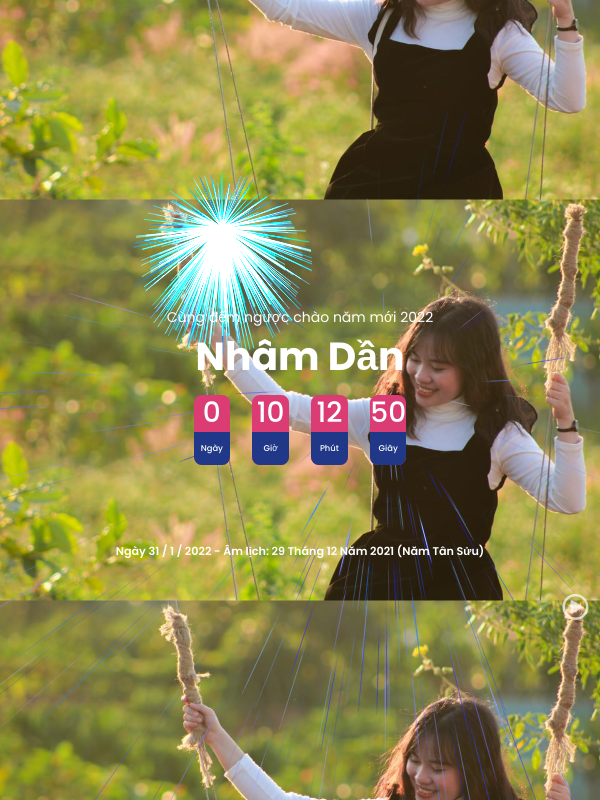
Repository: nguyenban1903/nguyenban1903.github.io
Page: huonggiangcountdown/index.html
The author's editor kept a copy of each file at every save. The page is drawn from the files as they stood at one save, then again after the next save.
The browser window is 600 px wide. The pictures show the whole page.
Some web libraries are served in a nearby version.

Above is the page before, as saved 2022-01-31 17:11:29.

### huonggiangcountdown/index.html
<!DOCTYPE html>
<html lang="en">
  <head>
    <meta charset="UTF-8" />
    <meta http-equiv="X-UA-Compatible" content="IE=edge" />
    <meta name="viewport" content="width=device-width, initial-scale=1.0" />
    <title>Happy New Year - Lunar New Year Vietnamese</title>
    <link rel="shortcut icon" href="./assets/icon/dobee.ico" type="image/x-icon">
    <link rel="icon" href="./assets/icon/dobee.ico" type="image/x-icon">
    <link rel="preconnect" href="https://fonts.googleapis.com" />
    <link rel="preconnect" href="https://fonts.gstatic.com" crossorigin />
    <link
      href="https://fonts.googleapis.com/css2?family=Poppins:wght@300;400;500;600;700;800;900&display=swap"
      rel="stylesheet"
    />
    <link rel="stylesheet" href="https://pro.fontawesome.com/releases/v5.10.0/css/all.css" integrity="sha384-AYmEC3Yw5cVb3ZcuHtOA93w35dYTsvhLPVnYs9eStHfGJvOvKxVfELGroGkvsg+p" crossorigin="anonymous"/>
    <link rel="stylesheet" href="./assets/css/style.css" />
  </head>
  <body>
    <div class="content-wrapper">
      <p class="header">
        Cùng đếm ngược chào năm mới <span id="newyear-positive">0000</span>
      </p>
      <h1 class="newyear">---</h1>
      <div class="time">
        <div class="time-box">
          <div class="time-box__count">
            <span id="days">0</span>
          </div>
          <div class="time-box__text">Ngày</div>
        </div>
        <div class="time-box">
          <div class="time-box__count">
            <span id="hours">0</span>
          </div>
          <div class="time-box__text">Giờ</div>
        </div>
        <div class="time-box">
          <div class="time-box__count">
            <span id="minutes">0</span>
          </div>
          <div class="time-box__text">Phút</div>
        </div>
        <div class="time-box">
          <div class="time-box__count">
            <span id="seconds">0</span>
          </div>
          <div class="time-box__text">Giây</div>
        </div>
      </div>

      <div class="current-date">
        <span class="date-positive">----</span>
        <span class="date-lunar">---</span>
      </div>
      <div class="musics">
        <i class="far fa-play-circle play-btn"></i>
        <i class="far fa-pause-circle pause-btn hide"></i>
      </div>
    </div>
    <div
      class="firework-container"
      style="background-image: url('./assets/img/g5.jpg')"
    ></div>
    <script src="./assets/js/fireworks.js"></script>
    <script src="./assets/js/amlich-nbd.js"></script>
    <script src="./assets/js/app.js"></script>
  </body>
</html>

### huonggiangcountdown/assets/css/style.css
:root {
  --txt-color: #fff;
  --timer-box-bg: #db3c74;
  --timer-box-txt-bg: #203887;
}

* {
  margin: 0;
  padding: 0;
  box-sizing: border-box;
}

html {
  user-select: none;
  font-family: "Poppins", sans-serif;
}

body {
  height: 100vh;
  color: var(--txt-color);
  overflow: hidden;
}

.firework-container {
  position: fixed;
  z-index: 0;
  left: 0;
  top: 0;
  width: 100%;
  height: 100%;
  background-position: right;
  background-size: contain;
  background-repeat: repeat;
}

.content-wrapper {
  position: absolute;
  z-index: 999;
  top: 0;
  left: -80px;
  width: 100%;
  height: 100%;
  display: flex;
  flex-direction: column;
  justify-content: center;
  align-items: center;
}

.header {
  font-size: 2rem;
  font-weight: 400;
  margin-bottom: 15px;
}

.newyear {
  font-size: 5rem;
  font-weight: 700;
  line-height: 1.5;
  margin-bottom: 27px
}

.time {
  display: flex;
  justify-content: center;
  align-items: center;
}

.time > * ~ * {
  margin-left: 4rem;
}

.time-box {
  background-color: var(--timer-box-bg);
  border-radius: 8px;
}

.time-box__count {
  width: 9rem;
  height: 9rem;
  display: flex;
  flex-direction: column;
  align-items: center;
  justify-content: center;
}

.time-box__count > span {
  font-size: 5rem;
  font-weight: 500;
}

.time-box__text {
  background-color: var(--timer-box-txt-bg);
  font-size: 1.5rem;
  font-weight: 500;
  text-align: center;
  padding: 10px 0;
  border-bottom-left-radius: 8px;
  border-bottom-right-radius: 8px;
}

.current-date {
  position: absolute;
  bottom: 25px;
}

.date-positive {
  font-size: 1.3rem;
  font-weight: 400;
}

.date-lunar {
  font-size: 1.3rem;
  font-weight: 400;
}

.musics {
  position: absolute;
  bottom: 26px;
  right: 24px;
  cursor: pointer;
}
.hide {
  display: none;
}
.musics > i {
  font-size: 2.4rem;
  opacity: 0.7;
}

@keyframes rotateBtn {
  from {
    transform: rotate(0);
  }
  to {
    transform: rotate(360deg);
  }
}

@media only screen and (min-width: 701px) and (max-width: 1200px) {
  html {
    font-size: 55%;
  }
  .content-wrapper{
    left: 0;
  }
  .header {
    font-size: 3rem;
    font-weight: 400;
  }
  .newyear {
    margin-bottom: 1.5em;
    font-size: 10rem;
    font-weight: 700;
    line-height: 2;
  }
  .time{
    bottom: 8em;
  }
  .time-box{
    height:12em;
  }
  .time-box__count{
    display: flex;
    flex-direction: column;
    align-items: center;
    justify-content: center;
  }
  .current-date {
    bottom: 8em;
  }
  .date-positive {
    font-size: 1.5rem;
    font-weight: 600;
  }
  .date-lunar {
    font-size: 1.5rem;
    font-weight: 600;
  }
  .musics {
    bottom: 10em;
    right: 1em;
  }
  .musics > i {
    font-size: 3.6rem;
    opacity: 0.7;
  }
}

@media only screen and (max-width: 700px) {
  html {
    font-size: 35%;
  }
  .content-wrapper{
    left: 0;
    margin: 0;
    padding: auto;
  }
  .header {
    margin-bottom: 0;
    font-size: 2.5rem;
    text-align: center;
  }
  .newyear {
    margin-bottom: 0.2em;
    font-size: 7rem;
    font-weight: 700;
    line-height: 1.5;
    text-align: center;
  }
  .time{
    padding-bottom: 5em;
  }
  .time-box__count{
    height: 6.5em;
    width: 6.5em;
  }
  .date-positive {
    font-size: 2rem;
    font-weight: 600;
    text-align: center;
  }
  .current-date {
    /* position : absolute; */
    text-align: center;
    font-size: 1.7em;
    bottom: 30%;
  }
  .date-lunar {
    font-size: 2rem;
    font-weight: 600;
  }
  .musics {
    bottom: 32em;
    right: 2em;
  }
  .musics > i {
    font-size: 4.8rem;
    opacity: 0.7;
  }

}

### huonggiangcountdown/assets/js/amlich-nbd.js
const CAN = [ "Giáp", "Ất", "Bính", "Đinh", "Mậu", "Kỷ", "Canh", "Tân", "Nhâm", "Quý", ];
const CHI = [ "Tý", "Sửu", "Dần", "Mão", "Thìn", "Tỵ", "Ngọ", "Mùi", "Thân", "Dậu", "Tuất", "Hợi", ];

TK13 = new Array(
    0x226da2, 0x4695d0, 0x3349dc, 0x5849b0, 0x42a4b0, 0x2aaab8, 0x506a50, 0x3ab540, 0x24bb44, 0x48ab6,
    0x3495b0, 0x205372, 0x464970, 0x2e64f9, 0x5454b0, 0x3e6a50, 0x296c57, 0x4c5ac0, 0x36ab60, 0x2386e,
    0x4892e0, 0x30c97c, 0x56c960, 0x40d4a0, 0x2adaa8, 0x4eb550, 0x3a56a0, 0x24adb5, 0x4c25d0, 0x3492e,
    0x1ed2b2, 0x44a950, 0x2ed4d9, 0x52b2a0, 0x3cb550, 0x285757, 0x4e4da0, 0x36a5b0, 0x225574, 0x4852b,
    0x33a93c, 0x566930, 0x406aa0, 0x2aada8, 0x50ab50, 0x3a4b60, 0x24aae4, 0x4aa570, 0x365270, 0x1f526,
    0x42e530, 0x2e6cba, 0x5456a0, 0x3c5b50, 0x294ad6, 0x4e4ae0, 0x38a4e0, 0x20d4d4, 0x46d260, 0x30d53,
    0x56b520, 0x3eb6a0, 0x2b56a9, 0x505570, 0x3c49d0, 0x25a1b5, 0x4aa4b0, 0x34aa50, 0x1eea51, 0x42b52,
    0x2cb5aa, 0x52ab60, 0x3e95b0, 0x284b76, 0x4e4970, 0x3864b0, 0x22b4b3, 0x466a50, 0x306b3b, 0x565ac,
    0x40ab60, 0x2b2ad8, 0x5049e0, 0x3aa4d0, 0x24d4b5, 0x48b250, 0x32b520, 0x1cf522, 0x42b5a0, 0x2c95e,
    0x5295b0, 0x3e49b0, 0x28a576, 0x4ca4b0, 0x36aa50, 0x20ba54, 0x466d40, 0x2ead6c, 0x54ab60, 0x409370
  )
  TK14 = new Array(
    0x2d49b8, 0x504970, 0x3a64b0, 0x246ca5, 0x48da50, 0x325aa0, 0x1cd6c1, 0x42a6e0, 0x2e92fb, 0x5292e,
    0x3cc960, 0x26d557, 0x4cd4a0, 0x34d550, 0x215553, 0x4656a0, 0x30a6d0, 0x1aa5d1, 0x4092b0, 0x2aa5b,
    0x50a950, 0x38b2a0, 0x23b2a5, 0x48ad50, 0x344da0, 0x1ccba1, 0x42a570, 0x2e52f9, 0x545270, 0x3c693,
    0x266b37, 0x4c6aa0, 0x36ab50, 0x205753, 0x464b60, 0x30a67c, 0x56a2e0, 0x3ed160, 0x28e968, 0x4ed4a,
    0x38daa0, 0x225ea5, 0x4856d0, 0x344ae0, 0x1f85d2, 0x42a2d0, 0x2cd17a, 0x52aa50, 0x3cb520, 0x24d74,
    0x4aada0, 0x3655d0, 0x2253b3, 0x4645b0, 0x30a2b0, 0x1ba2b1, 0x40aa50, 0x28b559, 0x4e6b20, 0x38ad6,
    0x255365, 0x489370, 0x344570, 0x1ea573, 0x4452b0, 0x2c6a6a, 0x50d950, 0x3c5aa0, 0x27aac7, 0x4aa6e,
    0x3652e0, 0x20cae3, 0x46a560, 0x2ed2bb, 0x54d2a0, 0x3ed550, 0x2a5ad9, 0x4e56a0, 0x38a6d0, 0x2455d,
    0x4a52b0, 0x32a8d0, 0x1ce552, 0x42b2a0, 0x2cb56a, 0x50ad50, 0x3c4da0, 0x26a7a6, 0x4ca570, 0x3651b,
    0x21a174, 0x466530, 0x316a9c, 0x545aa0, 0x3eab50, 0x2a2bd9, 0x502b60, 0x38a370, 0x2452e5, 0x48d160
  )
  TK15 = new Array(
    0x32e4b0, 0x1c7523, 0x40daa0, 0x2d5b4b, 0x5256d0, 0x3c2ae0, 0x26a3d7, 0x4ca2d0, 0x36d150, 0x1ed95,
    0x44b520, 0x2eb69c, 0x54ada0, 0x3e55d0, 0x2b25b9, 0x5045b0, 0x3aa2b0, 0x22aab5, 0x48a950, 0x32b52,
    0x1ceaa1, 0x40ab60, 0x2c55bc, 0x524b70, 0x3e4570, 0x265377, 0x4c52b0, 0x366950, 0x216954, 0x445aa,
    0x2eab5c, 0x54a6e0, 0x404ae0, 0x28a5e8, 0x4ea560, 0x38d2a0, 0x22eaa6, 0x46d550, 0x3256a0, 0x1d95a,
    0x4295d0, 0x2c4afb, 0x5249b0, 0x3ca4d0, 0x26d2d7, 0x4ab2a0, 0x34b550, 0x205d54, 0x462da0, 0x2e95b,
    0x1b1571, 0x4049b0, 0x2aa4f9, 0x4e64b0, 0x386a90, 0x22aea6, 0x486b50, 0x322b60, 0x1caae2, 0x42937,
    0x2f496b, 0x50c960, 0x3ae4d0, 0x266b27, 0x4adaa0, 0x345ad0, 0x2036d3, 0x4626e0, 0x3092e0, 0x18d2d,
    0x3ec950, 0x28d4d9, 0x4eb4a0, 0x36b690, 0x2355a6, 0x4855b0, 0x3425d0, 0x1ca5b2, 0x4292b0, 0x2ca97,
    0x526950, 0x3a74a0, 0x24b5a8, 0x4aab60, 0x3653b0, 0x202b74, 0x462570, 0x3052b0, 0x1ad2b1, 0x3e695,
    0x286ad9, 0x4e5aa0, 0x38ab50, 0x224ed5, 0x484ae0, 0x32a370, 0x1f44e3, 0x40d2a0, 0x2bd94b, 0x50b550
  )
  TK16 = new Array(
    0x3c56a0, 0x2497a7, 0x4a95d0, 0x364ae0, 0x20a9b4, 0x44a4d0, 0x2ed250, 0x19aaa1, 0x3eb550, 0x2856d,
    0x4e2da0, 0x3895b0, 0x244b75, 0x484970, 0x32a4b0, 0x1cb4b4, 0x426a90, 0x2aad5c, 0x505b50, 0x3c2b6,
    0x2695e8, 0x4a92f0, 0x364970, 0x206964, 0x44d4a0, 0x2cea5c, 0x52d690, 0x3e56d0, 0x2b2b5a, 0x4e26e,
    0x3892e0, 0x22cad6, 0x48c950, 0x30d4a0, 0x1af4a2, 0x40b590, 0x2c56dc, 0x5055b0, 0x3c25d0, 0x2693b,
    0x4c92b0, 0x34a950, 0x1fb155, 0x446ca0, 0x2ead50, 0x192b61, 0x3e4bb0, 0x2a25f9, 0x502570, 0x3852b,
    0x22aaa6, 0x46e950, 0x326aa0, 0x1abaa3, 0x40ab50, 0x2c4b7b, 0x524ae0, 0x3aa570, 0x2652d7, 0x4ad26,
    0x34d950, 0x1e5d55, 0x4456a0, 0x2e96d0, 0x1a55d2, 0x3e4ae0, 0x28a4fa, 0x4ea4d0, 0x38d250, 0x20d69,
    0x46b550, 0x3235a0, 0x1caba2, 0x4095b0, 0x2d49bc, 0x524970, 0x3ca4b0, 0x24b2b8, 0x4a6a50, 0x346d4,
    0x1fab54, 0x442ba0, 0x2e9370, 0x2e52f2, 0x544970, 0x3c64e9, 0x60d4a0, 0x4aea50, 0x373aa6, 0x5a56d,
    0x462b60, 0x3185e3, 0x5692e0, 0x3ec97b, 0x64a950, 0x4ed4a0, 0x38daa8, 0x5cb550, 0x4856b0, 0x342da4
  )
  TK17 = new Array(
    0x58a5d0, 0x4292d0, 0x2cd2b2, 0x52a950, 0x3cb4d9, 0x606aa0, 0x4aad50, 0x365756, 0x5c4ba0, 0x44a5b,
    0x314573, 0x5652b0, 0x41a94b, 0x62e950, 0x4e6aa0, 0x38ada8, 0x5e9b50, 0x484b60, 0x32aae4, 0x58a4f,
    0x445260, 0x2bd262, 0x50d550, 0x3d5a9a, 0x6256a0, 0x4a96d0, 0x3749d6, 0x5c49e0, 0x46a4d0, 0x2ed4d,
    0x54d250, 0x3ed53b, 0x64b540, 0x4cb5a0, 0x3995a8, 0x5e95b0, 0x4a49b0, 0x32a974, 0x58a4b0, 0x42aa5,
    0x2cea51, 0x506d40, 0x3aadbb, 0x622b60, 0x4c9370, 0x364af6, 0x5c4970, 0x4664b0, 0x3074a3, 0x52da5,
    0x3e6b5b, 0x6456d0, 0x502ae0, 0x3893e7, 0x5e92e0, 0x48c960, 0x33d155, 0x56d4a0, 0x40da50, 0x2d355,
    0x5256a0, 0x3aa6fa, 0x6225d0, 0x4c92d0, 0x36aab6, 0x5aa950, 0x44b4a0, 0x2ebaa4, 0x54ad50, 0x3f55a,
    0x644ba0, 0x4ea5b0, 0x3b5278, 0x5e52b0, 0x486930, 0x327555, 0x586aa0, 0x40ab50, 0x2c5b52, 0x524b6,
    0x3da56a, 0x60a4f0, 0x4c5260, 0x34ea66, 0x5ad530, 0x445aa0, 0x2eb6a3, 0x5496d0, 0x404ae0, 0x28c9d,
    0x4ea4d0, 0x38d2d8, 0x5eb250, 0x46b520, 0x31d545, 0x56ada0, 0x4295d0, 0x2c55b2, 0x5249b0, 0x3ca4f9
  )
  TK18 = new Array(
    0x62a4b0, 0x4caa50, 0x37b457, 0x5c6b40, 0x46ada0, 0x305b64, 0x569370, 0x424970, 0x2cc971, 0x5064b,
    0x3a6aa8, 0x5eda50, 0x4a5aa0, 0x32aec5, 0x58a6e0, 0x4492f0, 0x3052e2, 0x52c960, 0x3dd49a, 0x62d4a,
    0x4cd550, 0x365b57, 0x5c56a0, 0x46a6d0, 0x3295d4, 0x5692d0, 0x40a95c, 0x2ad4b0, 0x50b2a0, 0x38b5a,
    0x5ead50, 0x4a4da0, 0x34aba4, 0x58a570, 0x4452b0, 0x2eb273, 0x546930, 0x3c6abb, 0x626aa0, 0x4cab5,
    0x394b57, 0x5c4b60, 0x46a570, 0x3252e4, 0x56d160, 0x3ee93c, 0x64d520, 0x4edaa0, 0x3b5b29, 0x5e56d,
    0x4a4ae0, 0x34a5d5, 0x5aa2d0, 0x42d150, 0x2cea52, 0x52b520, 0x3cd6ab, 0x60ada0, 0x4c55d0, 0x384bb,
    0x5e45b0, 0x46a2b0, 0x30d2b4, 0x56aa50, 0x41b52c, 0x646b20, 0x4ead60, 0x3a55e9, 0x609370, 0x4a457,
    0x34a575, 0x5a52b0, 0x446a50, 0x2d5a52, 0x525aa0, 0x3dab4b, 0x62a6e0, 0x4c92e0, 0x36c6e6, 0x5ca56,
    0x46d4a0, 0x2eeaa5, 0x54d550, 0x4056a0, 0x2ad5a1, 0x4ea5d0, 0x3b52d9, 0x6052b0, 0x4aa950, 0x32d55,
    0x58b2a0, 0x42b550, 0x2e6d52, 0x524da0, 0x3da5cb, 0x62a570, 0x4e51b0, 0x36a977, 0x5c6530, 0x466a90
  )
  TK19 = new Array(
    0x30baa3, 0x56ab50, 0x422ba0, 0x2cab61, 0x52a370, 0x3c51e8, 0x60d160, 0x4ae4b0, 0x376926, 0x58daa0,
    0x445b50, 0x3116d2, 0x562ae0, 0x3ea2e0, 0x28e2d2, 0x4ec950, 0x38d556, 0x5cb520, 0x46b690, 0x325da4,
    0x5855d0, 0x4225d0, 0x2ca5b3, 0x52a2b0, 0x3da8b7, 0x60a950, 0x4ab4a0, 0x35b2a5, 0x5aad50, 0x4455b0,
    0x302b74, 0x562570, 0x4052f9, 0x6452b0, 0x4e6950, 0x386d56, 0x5e5aa0, 0x46ab50, 0x3256d4, 0x584ae0,
    0x42a570, 0x2d4553, 0x50d2a0, 0x3be8a7, 0x60d550, 0x4a5aa0, 0x34ada5, 0x5a95d0, 0x464ae0, 0x2eaab4,
    0x54a4d0, 0x3ed2b8, 0x64b290, 0x4cb550, 0x385757, 0x5e2da0, 0x4895d0, 0x324d75, 0x5849b0, 0x42a4b0,
    0x2da4b3, 0x506a90, 0x3aad98, 0x606b50, 0x4c2b60, 0x359365, 0x5a9370, 0x464970, 0x306964, 0x52e4a0,
    0x3cea6a, 0x62da90, 0x4e5ad0, 0x392ad6, 0x5e2ae0, 0x4892e0, 0x32cad5, 0x56c950, 0x40d4a0, 0x2bd4a3,
    0x50b690, 0x3a57a7, 0x6055b0, 0x4c25d0, 0x3695b5, 0x5a92b0, 0x44a950, 0x2ed954, 0x54b4a0, 0x3cb550,
    0x286b52, 0x4e55b0, 0x3a2776, 0x5e2570, 0x4852b0, 0x32aaa5, 0x56e950, 0x406aa0, 0x2abaa3, 0x50ab50
  ) /* Years 1800-1899 */
  TK20 = new Array(
    0x3c4bd8, 0x624ae0, 0x4ca570, 0x3854d5, 0x5cd260, 0x44d950, 0x315554, 0x5656a0, 0x409ad0, 0x2a55d2,
    0x504ae0, 0x3aa5b6, 0x60a4d0, 0x48d250, 0x33d255, 0x58b540, 0x42d6a0, 0x2cada2, 0x5295b0, 0x3f4977,
    0x644970, 0x4ca4b0, 0x36b4b5, 0x5c6a50, 0x466d40, 0x2fab54, 0x562b60, 0x409570, 0x2c52f2, 0x504970,
    0x3a6566, 0x5ed4a0, 0x48ea50, 0x336a95, 0x585ad0, 0x442b60, 0x2f86e3, 0x5292e0, 0x3dc8d7, 0x62c950,
    0x4cd4a0, 0x35d8a6, 0x5ab550, 0x4656a0, 0x31a5b4, 0x5625d0, 0x4092d0, 0x2ad2b2, 0x50a950, 0x38b557,
    0x5e6ca0, 0x48b550, 0x355355, 0x584da0, 0x42a5b0, 0x2f4573, 0x5452b0, 0x3ca9a8, 0x60e950, 0x4c6aa0,
    0x36aea6, 0x5aab50, 0x464b60, 0x30aae4, 0x56a570, 0x405260, 0x28f263, 0x4ed940, 0x38db47, 0x5cd6a0,
    0x4896d0, 0x344dd5, 0x5a4ad0, 0x42a4d0, 0x2cd4b4, 0x52b250, 0x3cd558, 0x60b540, 0x4ab5a0, 0x3755a6,
    0x5c95b0, 0x4649b0, 0x30a974, 0x56a4b0, 0x40aa50, 0x29aa52, 0x4e6d20, 0x39ad47, 0x5eab60, 0x489370,
    0x344af5, 0x5a4970, 0x4464b0, 0x2c74a3, 0x50ea50, 0x3d6a58, 0x6256a0, 0x4aaad0, 0x3696d5, 0x5c92e0
  ) /* Years 1900-1999 */
  TK21 = new Array(
    0x46c960, 0x2ed954, 0x54d4a0, 0x3eda50, 0x2a7552, 0x4e56a0, 0x38a7a7, 0x5ea5d0, 0x4a92b0, 0x32aab5,
    0x58a950, 0x42b4a0, 0x2cbaa4, 0x50ad50, 0x3c55d9, 0x624ba0, 0x4ca5b0, 0x375176, 0x5c5270, 0x466930,
    0x307934, 0x546aa0, 0x3ead50, 0x2a5b52, 0x504b60, 0x38a6e6, 0x5ea4e0, 0x48d260, 0x32ea65, 0x56d520,
    0x40daa0, 0x2d56a3, 0x5256d0, 0x3c4afb, 0x6249d0, 0x4ca4d0, 0x37d0b6, 0x5ab250, 0x44b520, 0x2edd25,
    0x54b5a0, 0x3e55d0, 0x2a55b2, 0x5049b0, 0x3aa577, 0x5ea4b0, 0x48aa50, 0x33b255, 0x586d20, 0x40ad60,
    0x2d4b63, 0x525370, 0x3e49e8, 0x60c970, 0x4c54b0, 0x3768a6, 0x5ada50, 0x445aa0, 0x2fa6a4, 0x54aad0,
    0x4052e0, 0x28d2e3, 0x4ec950, 0x38d557, 0x5ed4a0, 0x46d950, 0x325d55, 0x5856a0, 0x42a6d0, 0x2c55d4,
    0x5252b0, 0x3ca9b8, 0x62a930, 0x4ab490, 0x34b6a6, 0x5aad50, 0x4655a0, 0x2eab64, 0x54a570, 0x4052b0,
    0x2ab173, 0x4e6930, 0x386b37, 0x5e6aa0, 0x48ad50, 0x332ad5, 0x582b60, 0x42a570, 0x2e52e4, 0x50d160,
    0x3ae958, 0x60d520, 0x4ada90, 0x355aa6, 0x5a56d0, 0x462ae0, 0x30a9d4, 0x54a2d0, 0x3ed150, 0x28e952
  ) /* Years 2000-2099 */
  TK22 = new Array(
    0x4eb520, 0x38d727, 0x5eada0, 0x4a55b0, 0x362db5, 0x5a45b0, 0x44a2b0, 0x2eb2b4, 0x54a950, 0x3cb559,
    0x626b20, 0x4cad50, 0x385766, 0x5c5370, 0x484570, 0x326574, 0x5852b0, 0x406950, 0x2a7953, 0x505aa0,
    0x3baaa7, 0x5ea6d0, 0x4a4ae0, 0x35a2e5, 0x5aa550, 0x42d2a0, 0x2de2a4, 0x52d550, 0x3e5abb, 0x6256a0,
    0x4c96d0, 0x3949b6, 0x5e4ab0, 0x46a8d0, 0x30d4b5, 0x56b290, 0x40b550, 0x2a6d52, 0x504da0, 0x3b9567,
    0x609570, 0x4a49b0, 0x34a975, 0x5a64b0, 0x446a90, 0x2cba94, 0x526b50, 0x3e2b60, 0x28ab61, 0x4c9570,
    0x384ae6, 0x5cd160, 0x46e4a0, 0x2eed25, 0x54da90, 0x405b50, 0x2c36d3, 0x502ae0, 0x3a93d7, 0x6092d0,
    0x4ac950, 0x32d556, 0x58b4a0, 0x42b690, 0x2e5d94, 0x5255b0, 0x3e25fa, 0x6425b0, 0x4e92b0, 0x36aab6,
    0x5c6950, 0x4674a0, 0x31b2a5, 0x54ad50, 0x4055a0, 0x2aab73, 0x522570, 0x3a5377, 0x6052b0, 0x4a6950,
    0x346d56, 0x585aa0, 0x42ab50, 0x2e56d4, 0x544ae0, 0x3ca570, 0x2864d2, 0x4cd260, 0x36eaa6, 0x5ad550,
    0x465aa0, 0x30ada5, 0x5695d0, 0x404ad0, 0x2aa9b3, 0x50a4d0, 0x3ad2b7, 0x5eb250, 0x48b540, 0x33d556
  ) /* Years 2100-2199 */
const months = [01, 02, 03, 04, 05, 06, 07, 08, 09, 10, 11, 12];
const FIRST_DAY = jdn(31, 1, 1200)
const LAST_DAY = jdn(31, 12, 2199)
const PI = Math.PI
const today = new Date()
const currentLunarDate = getLunarDate(today.getDate(), today.getMonth()+1, today.getFullYear())
const currentMonth = today.getMonth()+1
const currentYear = today.getFullYear();
function INT(d) {
    return Math.floor(d);
}

function LunarDate(dd, mm, yy, leap, jd) {
    this.day = dd;
    this.month = mm;
    this.year = yy;
    this.leap = leap;
    this.jd = jd;
}

function jdn(dd, mm, yy) {
    var a = INT((14 - mm) / 12);
    var y = yy+4800-a;
    var m = mm+12*a-3;
    var jd = dd + INT((153*m+2)/5) + 365*y + INT(y/4) - INT(y/100) + INT(y/400) - 32045;
    return jd;
    //return 367*yy - INT(7*(yy+INT((mm+9)/12))/4) - INT(3*(INT((yy+(mm-9)/7)/100)+1)/4) + INT(275*mm/9)+dd+1721029;
}

function decodeLunarYear(yy, k) {
    var monthLengths, regularMonths, offsetOfTet, leapMonth, leapMonthLength, solarNY, currentJD, j, mm;
    var ly = new Array();
    monthLengths = new Array(29, 30);
    regularMonths = new Array(12);
    offsetOfTet = k >> 17;
    leapMonth = k & 0xf;
    leapMonthLength = monthLengths[k >> 16 & 0x1];
    solarNY = jdn(1, 1, yy);
    currentJD = solarNY+offsetOfTet;
    j = k >> 4;
    for(i = 0; i < 12; i++) {
      regularMonths[12 - i - 1] = monthLengths[j & 0x1];
      j >>= 1;
    }
    if (leapMonth == 0) {
      for(mm = 1; mm <= 12; mm++) {
        ly.push(new LunarDate(1, mm, yy, 0, currentJD));
        currentJD += regularMonths[mm-1];
      }
    } else {
      for(mm = 1; mm <= leapMonth; mm++) {
        ly.push(new LunarDate(1, mm, yy, 0, currentJD));
        currentJD += regularMonths[mm-1];
      }
      ly.push(new LunarDate(1, leapMonth, yy, 1, currentJD));
      currentJD += leapMonthLength;
      for(mm = leapMonth+1; mm <= 12; mm++) {
        ly.push(new LunarDate(1, mm, yy, 0, currentJD));
        currentJD += regularMonths[mm-1];
      }
    }
    return ly;
  }

  function getYearInfo(yyyy) {
    var yearCode;
    if (yyyy < 1300) {
      yearCode = TK13[yyyy - 1200];
    } else if (yyyy < 1400) {
      yearCode = TK14[yyyy - 1300];
    } else if (yyyy < 1500) {
      yearCode = TK15[yyyy - 1400];
    } else if (yyyy < 1600) {
      yearCode = TK16[yyyy - 1500];
    } else if (yyyy < 1700) {
      yearCode = TK17[yyyy - 1600];
    } else if (yyyy < 1800) {
      yearCode = TK18[yyyy - 1700];
    } else if (yyyy < 1900) {
      yearCode = TK19[yyyy - 1800];
    } else if (yyyy < 2000) {
      yearCode = TK20[yyyy - 1900];
    } else if (yyyy < 2100) {
      yearCode = TK21[yyyy - 2000];
    } else {
      yearCode = TK22[yyyy - 2100];
    }
    return decodeLunarYear(yyyy, yearCode);
  }

  function findLunarDate(jd, ly) {
    if (jd > LAST_DAY || jd < FIRST_DAY || ly[0].jd > jd) {
      return new LunarDate(0, 0, 0, 0, jd);
    }
    var i = ly.length-1;
    while (jd < ly[i].jd) {
      i--;
    }
    var off = jd - ly[i].jd;
    ret = new LunarDate(ly[i].day+off, ly[i].month, ly[i].year, ly[i].leap, jd);
    return ret;
  }

  function getLunarDate(dd, mm, yyyy) {
    var ly, jd;
    if (yyyy < 1300 || 2199 < yyyy) {
      //return new LunarDate(0, 0, 0, 0, 0);
    }
    ly = getYearInfo(yyyy);
    jd = jdn(dd, mm, yyyy);
    if (jd < ly[0].jd) {
      ly = getYearInfo(yyyy - 1);
    }
    return findLunarDate(jd, ly);
  }

function getYearCanChi(year) {
    return CAN[(year + 6) % 10] + " " + CHI[(year + 8) % 12];
}

### huonggiangcountdown/assets/js/app.js
const fireWorkContainer = document.querySelector(".firework-container");
const daySpan = document.querySelector("#days");
const hourSpan = document.querySelector("#hours");
const minuteSpan = document.querySelector("#minutes");
const secondSpan = document.querySelector("#seconds");
const lunarTimeSpan = document.querySelector(".date-lunar");
const positiveTimeSpan = document.querySelector(".date-positive");
const newYearPositive = document.querySelector("#newyear-positive");
const newYearLunar = document.querySelector(".newyear");
const musicPlay = document.querySelector(".musics");
const playBtn = document.querySelector(".play-btn");
const pauseBtn = document.querySelector(".pause-btn");
const songs = [
  {
      name: "Năm qua tôi đã làm gì",
      path: './assets/music/NamQuaToiDaLamGi.mp3',
  },
  {
      name: "1 năm mới bình an",
      path: './assets/music/1nammoibinhan.mp3',
  },
  {
      name: "Happy New Year",
      path: "./assets/music/HappyNewYear-ABBA.mp3"
  }
];
let isPlaying = false
let currSong, flag = 0
const audio = new Audio()

const firework = new Fireworks(fireWorkContainer, {
  speech: 4,
  acceleration: 2,
  friction: 1,
  gravity: 4,
  particles: 600,
  explosion: 10,
});

const nowYear = new Date();
newYearPositive.innerHTML = nowYear.getFullYear();
newYearLunar.innerHTML = getYearCanChi(nowYear.getFullYear());

const countdown = () => {
  const datePos = nowYear.getDate();
  const monthPos = months[nowYear.getMonth()];
  const yearPos = nowYear.getFullYear();

  const dayLunar = getLunarDate(datePos, monthPos, nowYear.getFullYear()).day
  const monthLunar = getLunarDate(datePos, monthPos, nowYear.getFullYear()).month
  const yearLunar = getLunarDate(datePos, monthPos, nowYear.getFullYear()).year

  const countDateTime = new Date(yearLunar + 1, months[0], 1).getTime();
  const nowTime = new Date().getTime();
  const distance = countDateTime - nowTime;

  const days = Math.floor(distance / (1000 * 60 * 60 * 24));
  const hours = Math.floor((distance % (1000 * 60 * 60 * 24)) / (1000 * 60 * 60));
  const minutes = Math.floor((distance % (1000 * 60 * 60)) / (1000 * 60));
  const seconds = Math.floor((distance % (1000 * 60)) / 1000);

  daySpan.innerHTML = days;
  hourSpan.innerHTML = hours;
  minuteSpan.innerHTML = minutes;
  secondSpan.innerHTML = seconds;
  positiveTimeSpan.innerHTML = `Ngày ${datePos} / ${monthPos} / ${yearPos} - `
  lunarTimeSpan.innerHTML = `Âm lịch: ${dayLunar} Tháng ${monthLunar} Năm ${nowYear.getFullYear() - 1}
    (Năm ${getYearCanChi(nowYear.getFullYear() - 1)})`;
  if (distance < 0) {
    clearInterval(countdownInterval);
  }
};

const handleEvent = () => {
  musicPlay.addEventListener("click", (e) => {
      if (isPlaying) {
          playBtn.classList.remove("hide")
          pauseBtn.classList.add("hide")
          currSong.pause()
      } else {
          playBtn.classList.add("hide")
          pauseBtn.classList.remove("hide")
          pauseBtn.style.animation = 'rotateBtn 2s linear 0.2s infinite'
          selectTrack(flag)
      }
  })
}

function  selectTrack(flag) {
  songs.forEach((song, index) => {
      if (flag === index) {
          initPlayer(song.path, (flag) => {
              selectTrack(flag)
          });
      }
  })
}

function initPlayer(url, callback) {
  audio.src = url
  if (audio.src !== undefined) {
      audio.play()
  }
  audio.volume = 0.3
  audio.onplay = () => {
      isPlaying = true
      currSong = audio
  }
  audio.onpause = () => {
      isPlaying = false
      currSong = null
  }
  audio.onended = () => {
      isPlaying = false
      currSong = null
      if (flag < songs.length - 1 ) {
          callback(++flag)
      } else {
          flag = 0
          callback(flag)
      }
  }
}

firework.start();
countdown();
handleEvent();
const countdownInterval = setInterval(countdown, 1000);

Loaded but not shown: huonggiangcountdown/assets/js/fireworks.js (library)

After the next save:
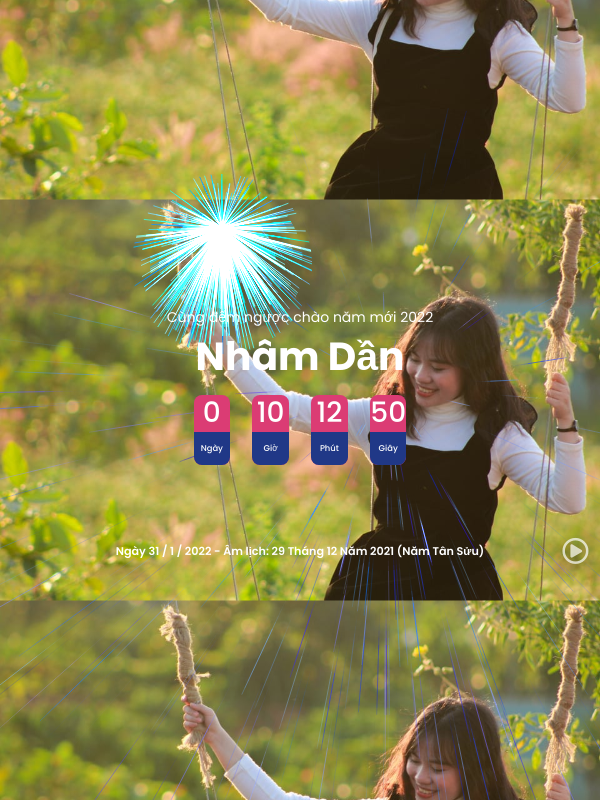
Saved 40 min 29 s later.
--- a/huonggiangcountdown/assets/css/style.css
+++ b/huonggiangcountdown/assets/css/style.css
@@ -230,7 +230,7 @@ body {
     font-weight: 600;
   }
   .musics {
-    bottom: 32em;
+    bottom: 42em;
     right: 2em;
   }
   .musics > i {
